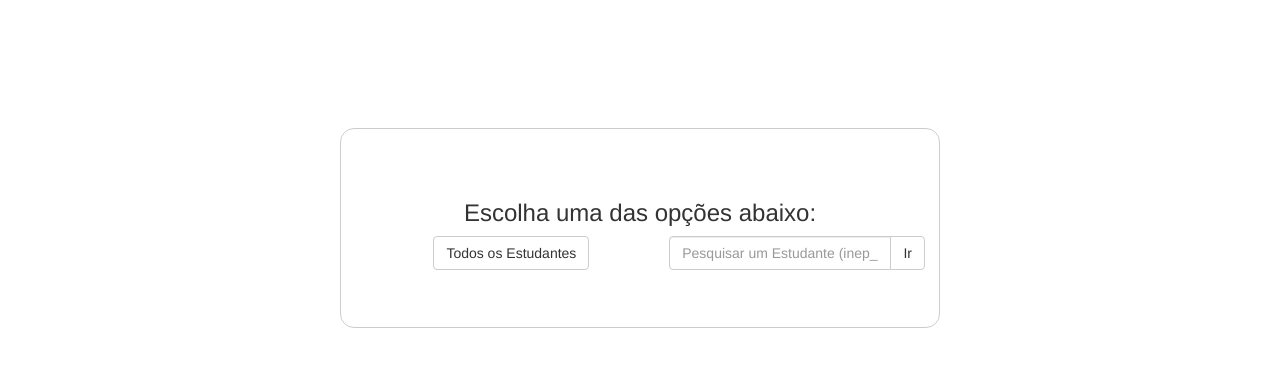
Repository: ipti/br.tag.webservice
Page: http://localhost/Restful-API-TAG/students.jsp
These files come from the project's save history. The page is drawn as it stood at one moment and after a run of saves; the edit follows.
The browser window is 1280 px wide. The pictures show the whole page.
The page is served by Tomcat 9. Other server files are loaded and not shown.

Above is the page before, as saved 2016-04-27 14:00:23.

### Restful-API-TAG/WebContent/students.jsp
<%@ page language="java" contentType="text/html; charset=ISO-8859-1"
	pageEncoding="ISO-8859-1"%>
<!DOCTYPE html PUBLIC "-//W3C//DTD HTML 4.01 Transitional//EN" "http://www.w3.org/TR/html4/loose.dtd">
<html>
<head>
<link rel="stylesheet" href="css/styles.css">
<link href="css/bootstrap.min.css" rel="stylesheet">
<meta http-equiv="Content-Type" content="text/html; charset=ISO-8859-1">
<title>API TAG - Estudantes</title>
</head>
<body>
	<div id="studentDiv">
		<h3 id="titleStudent">Escolha uma das opções abaixo:</h3>

		<div style="margin-left: 5%" class="btn-group-md text-center" role="group" aria-label="...">
			<div class="row">
				<div class="col-lg-6">
					<a type="submit" class="btn btn-default" href="${pageContext.request.contextPath}/api/TagService/getStudents">Todos os Estudantes</a>
				</div>
				<div class="col-lg-6">
					<div class="input-group">
						<input type="text" class="form-control" placeholder="Pesquisar um Estudante (inep_id)...">
						<span class="input-group-btn">
							<a class="btn btn-default" type="submit" href="${pageContext.request.contextPath}/api/TagService/getStudents/{inep_id}">Ir</a>
						</span>
					</div>
				</div>
			</div>
		</div>
	</div>
</body>
</html>

### Restful-API-TAG/WebContent/css/styles.css
@CHARSET "ISO-8859-1";

#mainDiv {
    /* Just to center the form on the page */
    margin: 10% auto;
    width: 500px;
    height: 200px;
    /* To see the outline of the form */
    padding: 1em;
    border: 1px solid #CCC;
    border-radius: 1em;
}

#divGroup {
	padding: 7px;
}

#studentDiv, #schoolDiv, #instructorDiv, #classroomDiv {
    /* Just to center the form on the page */
    margin: 10% auto;
    width: 600px;
    height: 200px;
    /* To see the outline of the form */
    padding: 1em;
    border: 1px solid #CCC;
    border-radius: 1em;
}

#titleH3 {
	text-align: center;
	margin-top: 10%;
}

#titleStudent, #titleSchool, #titleInstructor, #titleClassroom {
	text-align: center;
	margin-top: 10%;
}

Loaded but not shown: Restful-API-TAG/WebContent/css/bootstrap.min.css (library)

After the next 2 saves:
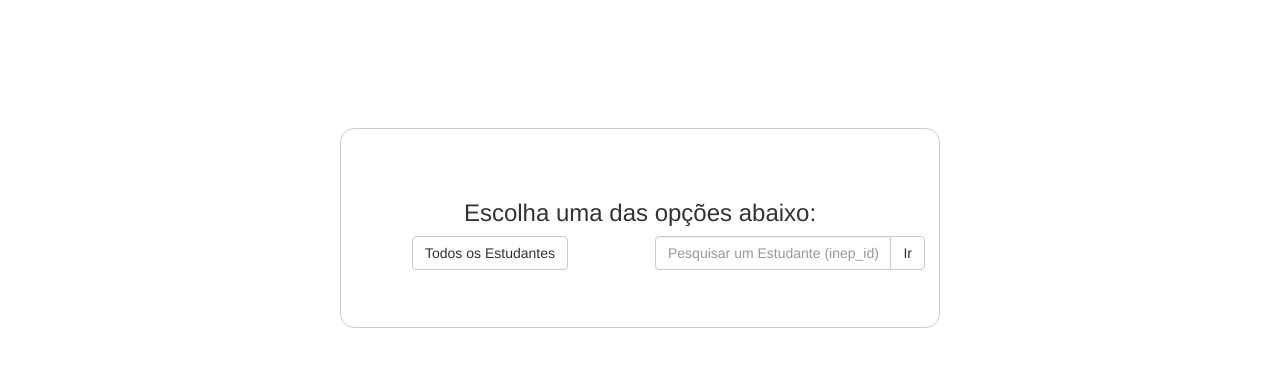
The 2 saves are shown as one change because they came seconds apart.
The last was saved 13 s later.
--- a/Restful-API-TAG/WebContent/students.jsp
+++ b/Restful-API-TAG/WebContent/students.jsp
@@ -12,7 +12,7 @@
 	<div id="studentDiv">
 		<h3 id="titleStudent">Escolha uma das opções abaixo:</h3>
 
-		<div style="margin-left: 5%" class="btn-group-md text-center" role="group" aria-label="...">
+		<div class="btn-group-md text-center" role="group" aria-label="...">
 			<div class="row">
 				<div class="col-lg-6">
 					<a type="submit" class="btn btn-default" href="${pageContext.request.contextPath}/api/TagService/getStudents">Todos os Estudantes</a>
